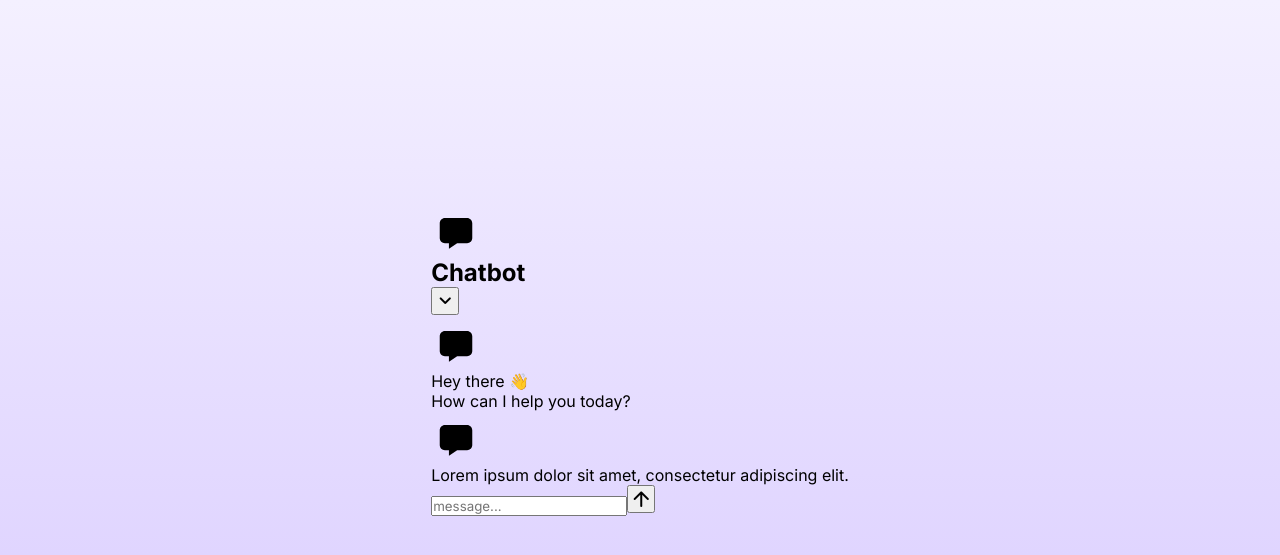
Repository: gogg23/chatbot
Page: / (app in chatbot/)
An editor plug-in stored every save of this project. The page is shown before and after the next save, followed by the edit.
The browser window is 1280 px wide. The pictures show the whole page.
The project was rebuilt for these pictures with package versions that can differ from the ones it lists, and the page was loaded fresh each time. Also part of the build but not shown: chatbot/vite.config.js.

Above is the page before, as saved 2025-01-11 11:05:45.

After the next save:
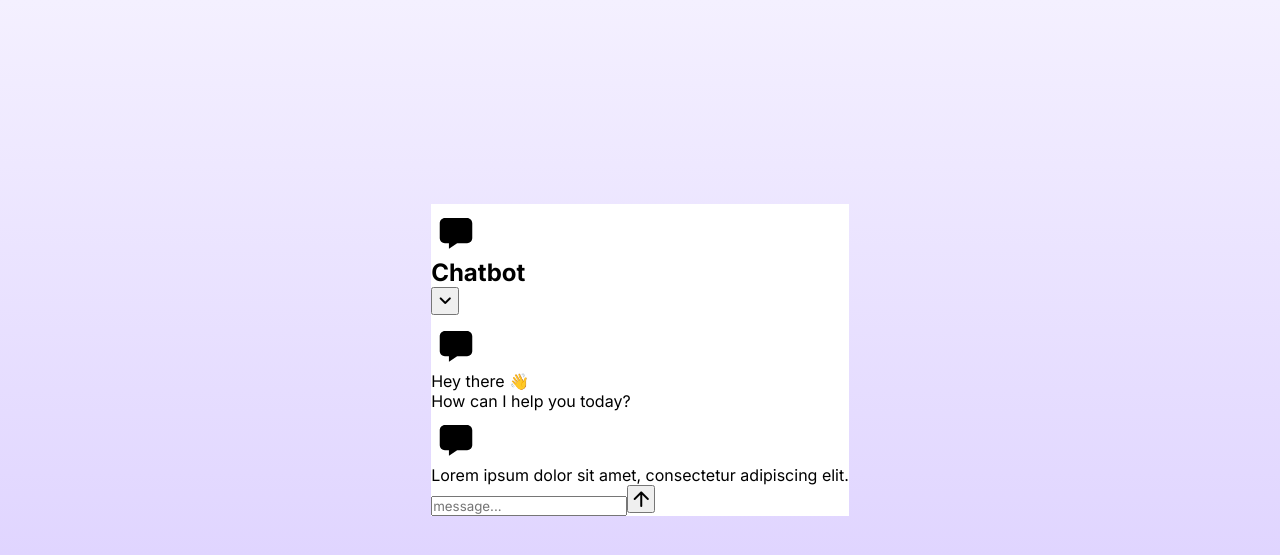
Saved 14 min 23 s later.
--- a/chatbot/src/index.css
+++ b/chatbot/src/index.css
@@ -16,3 +16,7 @@ body {
   min-height: 100vh;
   background: linear-gradient(#f4f0ff, #dacdff);
 }
+
+.chatbot-popup {
+  background: #fff;
+}
